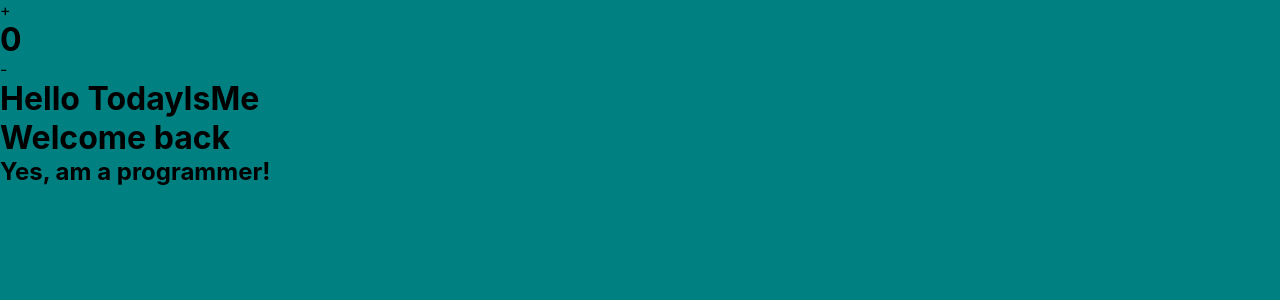
Repository: Exdevo/React
Page: /
These files come from the project's save history. The page is drawn as it stood at one moment and after a run of saves; the edit follows.
The browser window is 1280 px wide. The pictures show the whole page.
The project was rebuilt for these pictures with package versions that can differ from the ones it lists, and the page was loaded fresh each time. Also part of the build but not shown: src/ItemDescription.js, src/Product.js.

Above is the page before, as saved 2023-02-12 14:53:50.

After the next 2 saves:
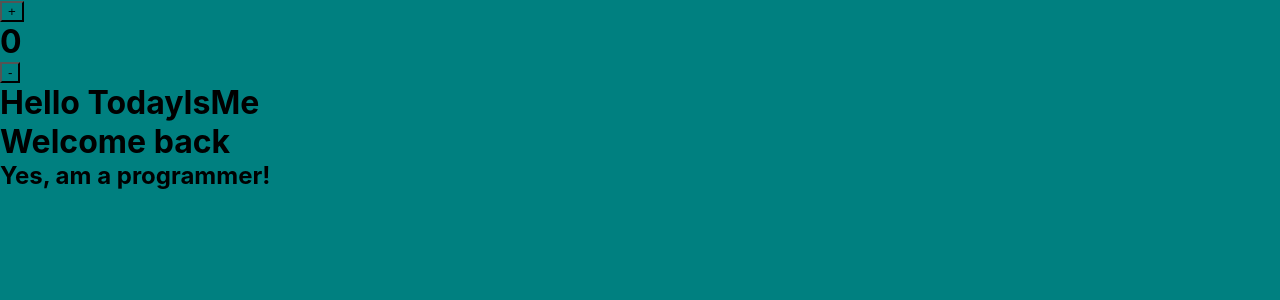
The 2 saves are shown as one change because they came seconds apart.
The last was saved 66 s later.
--- a/src/App.js
+++ b/src/App.js
@@ -12,9 +12,9 @@ function App() {
 
   return (
     <div className="App">
-      <buton onClick={()=>alert("Clicked")}>+</buton>
+      <button onClick={()=>alert("Clicked")}>+</button>
       <h1>{counter}</h1>
-      <buton>-</buton>
+      <button>-</button>
      <h1> Hello {isProgrammer ? name : "TodayIsMe"} </h1>
      {name ?(
       <>Testing</>
